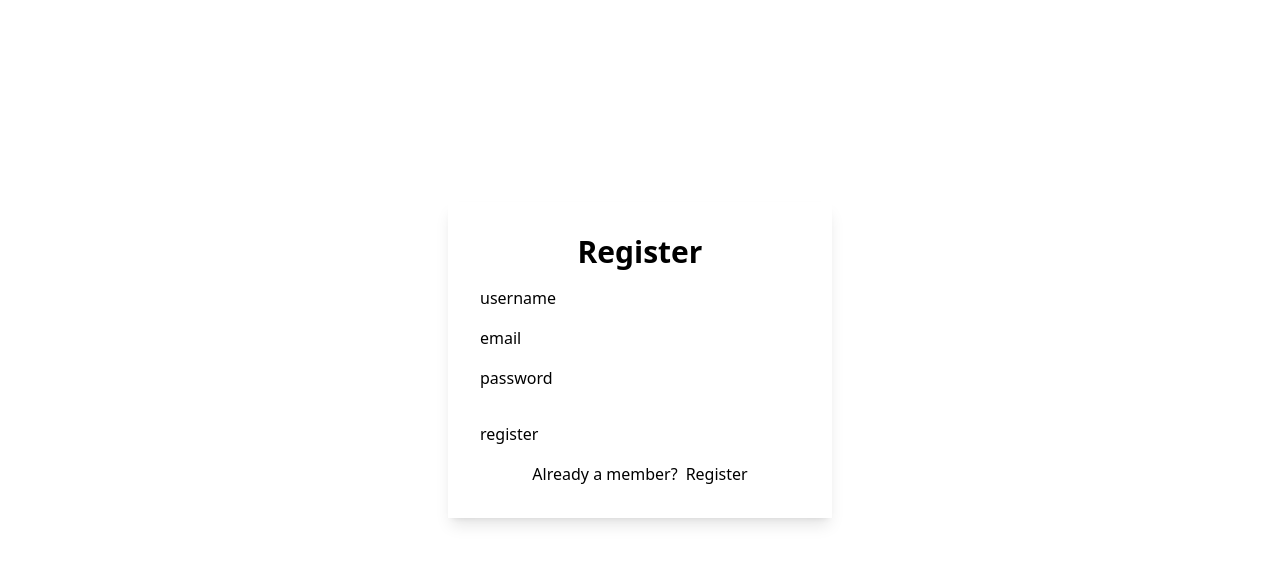
Repository: dydals3440/cool-store
Page: /register
The author's editor kept a copy of each file at every save. The page is drawn from the files as they stood at one save, then again after the next save.
The browser window is 1280 px wide. The pictures show the whole page.
The project was rebuilt for these pictures with package versions that can differ from the ones it lists, and the page was loaded fresh each time. Also part of the build but not shown: vite.config.js, src/pages/About.jsx, src/pages/Cart.jsx, src/pages/Checkout.jsx, src/pages/Error.jsx, src/pages/HomeLayout.jsx, src/pages/Landing.jsx, src/pages/Login.jsx and 2 more. Imported but missing from the stored project, and not drawn on this page: src/pages/Orders.

Above is the page before, as saved 2023-09-17 21:59:45.

### src/main.jsx
import ReactDOM from 'react-dom/client';
import App from './App.jsx';
import './index.css';

ReactDOM.createRoot(document.getElementById('root')).render(
  <>
    <App />
  </>
);

### src/App.jsx
import { RouterProvider, createBrowserRouter } from 'react-router-dom';
import {
  About,
  Cart,
  CheckOut,
  Error,
  HomeLayout,
  Landing,
  Login,
  Orders,
  Products,
  Register,
  SingleProduct,
} from './pages';

const router = createBrowserRouter([
  {
    path: '/',
    element: <HomeLayout />,
    errorElement: <Error />,
    children: [
      {
        index: true,
        element: <Landing />,
      },
      {
        path: 'products',
        element: <Products />,
      },
      {
        path: 'products/:id',
        element: <SingleProduct />,
      },
      {
        path: 'cart',
        element: <Cart />,
      },
      {
        path: 'about',
        element: <About />,
      },
      {
        path: 'checkout',
        element: <CheckOut />,
      },
      {
        path: 'orders',
        element: <Orders />,
      },
    ],
  },
  {
    path: '/login',
    element: <Login />,
    errorElement: <Error />,
  },
  {
    path: '/register',
    element: <Register />,
    errorElement: <Error />,
  },
]);

const App = () => {
  return <RouterProvider router={router} />;
};

export default App;

### src/pages/index.js
export { default as About } from './About';
export { default as Cart } from './Cart';
export { default as CheckOut } from './Checkout';
export { default as Error } from './Error';
export { default as HomeLayout } from './HomeLayout';
export { default as Landing } from './Landing';
export { default as Login } from './Login';
export { default as Orders } from './Orders';
export { default as Products } from './Products';
export { default as Register } from './Register';
export { default as SingleProduct } from './SingleProduct';

### src/pages/Register.jsx
import { FormInput, SubmitBtn } from '../components';
import { Form, Link } from 'react-router-dom';

const Register = () => {
  return (
    <section className='h-screen grid place-items-center'>
      <Form
        method='POST'
        className='card w-96 p-8 bg-base-100 shadow-lg flex flex-col gap-y-4'
      >
        <h4 className='text-center text-3xl font-bold'>Register</h4>
        <FormInput type='text' label='username' name='username' />{' '}
        <FormInput type='email' label='email' name='email' />{' '}
        <FormInput type='password' label='password' name='password' />
        <div className='mt-4'>
          <SubmitBtn text='register' />
        </div>
        <p className='text-center'>
          Already a member?
          <Link
            to='/register'
            className='ml-2 link link-hover link-primary capitalize'
          >
            register
          </Link>
        </p>
      </Form>
    </section>
  );
};

export default Register;

### src/components/index.js
export { default as FormInput } from './FormInput';
export { default as SubmitBtn } from './SubmitBtn';

### src/components/FormInput.jsx
const FormInput = ({ label, name, type, defaultValue }) => {
  return (
    <div className='form-control '>
      <label className='label'>
        <span className='label-text'>{label}</span>
      </label>
      <input
        type={type}
        name={name}
        defaultValue={defaultValue}
        className='input input-bordered '
      />
    </div>
  );
};

export default FormInput;

### src/components/SubmitBtn.jsx
import { useNavigation } from 'react-router-dom';

const SubmitBtn = ({ text }) => {
  const navigation = useNavigation();
  const isSubmitting = navigation.state === 'submitting';
  return (
    <button
      type='submit'
      className='btn btn-primary btn-block'
      disabled={isSubmitting}
    >
      {isSubmitting ? (
        <>
          <span className='loading loading-spinner'></span>
          sending...
        </>
      ) : (
        text || 'submit'
      )}
    </button>
  );
};
export default SubmitBtn;

Loaded but not shown: index.html (common file); src/index.css (common file); tailwind.config.js (common file)

After the next save:
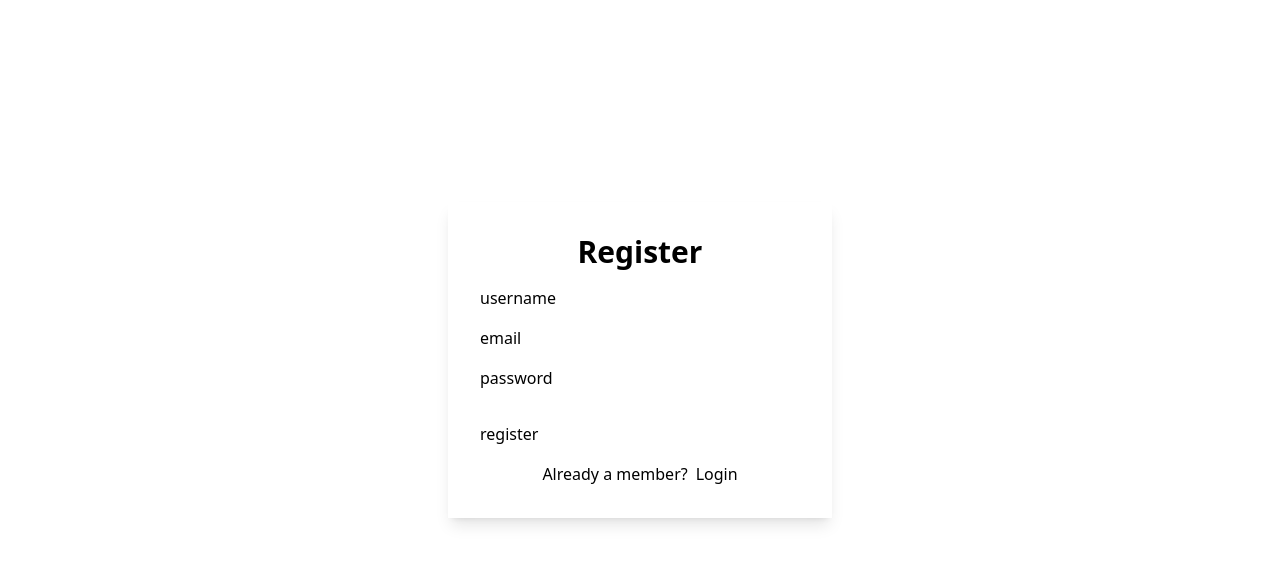
Saved 7 s later.
--- a/src/pages/Register.jsx
+++ b/src/pages/Register.jsx
@@ -21,7 +21,7 @@ const Register = () => {
             to='/register'
             className='ml-2 link link-hover link-primary capitalize'
           >
-            register
+            login
           </Link>
         </p>
       </Form>
